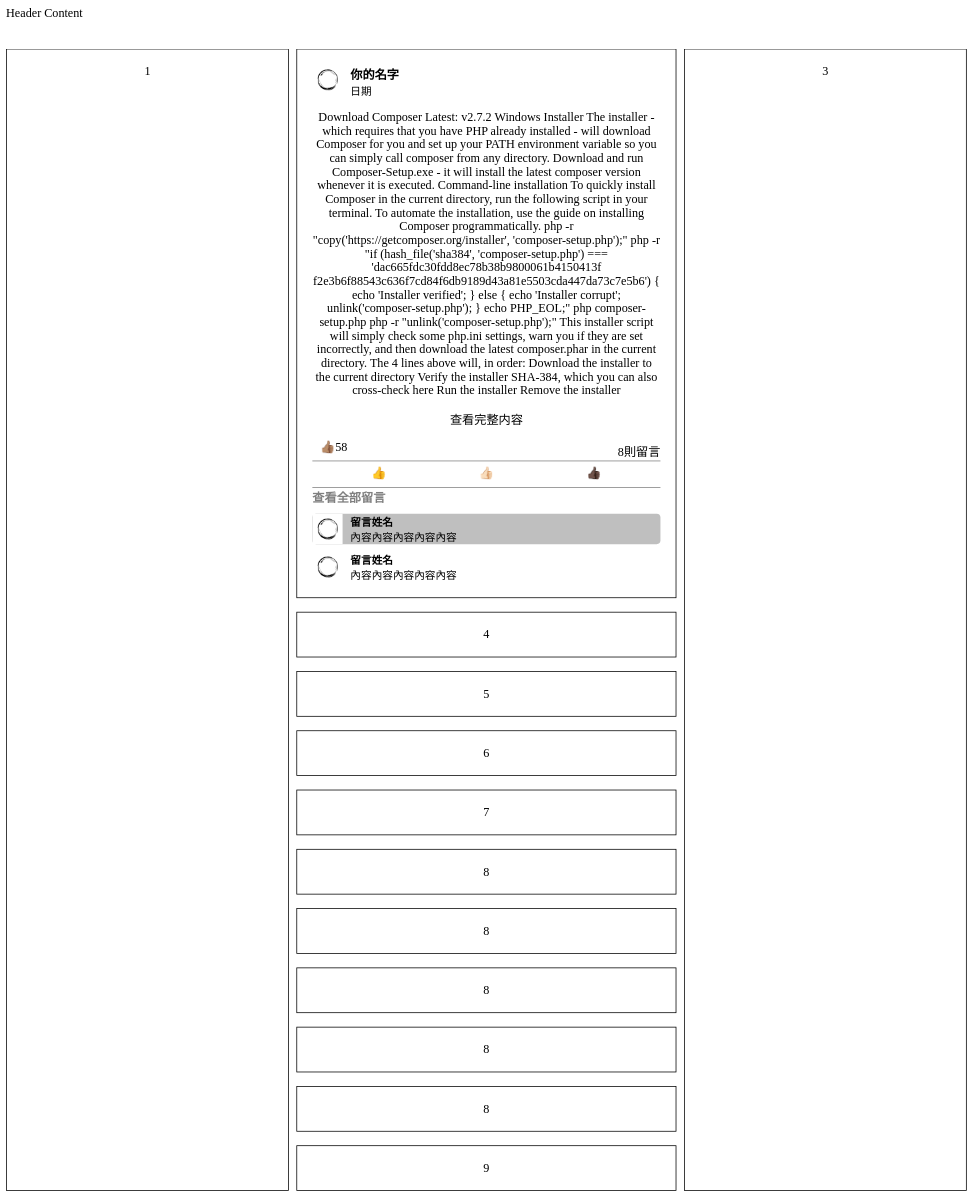
Repository: yuchiyang123/index_view
Page: http://localhost/
The author's editor kept a copy of each file at every save. The page is drawn from the files as they stood at one save, then again after the next save.
The browser window is 1280 px wide. The pictures show the whole page, at 76% of full size.
The page is run by PHP 8.4 with error messages shown; the project is at /var/www/html/.

Above is the page before, as saved 2024-03-27 10:19:41.

### index.php
<style>
   .header {
    position: sticky;
    top: 0;
    z-index: 9996;
    grid-area: header;
    background-color: #ffffff;
    width: 100%;
    height: 56px;

}


.grid-container {

  display: grid;
  grid-template-columns: auto 500px auto;
  grid-template-rows:auto;
  grid-gap: 10px;
  display: grid;
  grid-template-areas:
    "A B C";

}

.grid-item {
  border: 1px solid #000;
  padding: 20px;
  text-align: center;

}
.first{
    grid-area: A;
    min-height: 800px;
}
.end{
    grid-area: C;
}
.mid{
    grid-area: B;
}
.limt{
    min-height: 350px;
}
.inner-grid {
    display: inline-grid;
    width: 30%;
    transition: background-color 0.3s;
    padding-top: 5px;
    padding-bottom: 10px;
    text-align: center;
}
.inner-grid:hover {
    background-color: rgba(128, 128, 128, 0.4);
}
.line{
    border-top: 1px solid gray;
    border-bottom: 1px solid gray;
}
.respond{

    padding-bottom: 8px;
    text-align: left;
    padding-left:10px;
}
.respond > div {
    display: inline-block;
}
.message{
    text-align: right;
}
.respond, .message {
    display: inline-block;
}
.container {
    display: flex;
    justify-content: space-between;
    align-items: center;
}

.popup {
    display: none;
    position: fixed;
    top: 50%;
    left: 50%;
    transform: translate(-50%, -50%);
    width: 500px;
    padding: 20px;
    background-color: #fff;
    z-index: 9998;

}

.trigger a {
    cursor: pointer;
}

.blur-background {
    filter: blur(0px);
}
.box{

}
.imgsize{
    width: 40px;
    height: auto;

}

.image-container {
    float: left;
    margin-right: 10px;
}

.text-container {
    overflow: hidden;
}
.user{

    text-align: left;
    font-weight: bold;

}
.date{
    font-size: 14px;
    text-align: left;
}
a{
    text-decoration: none;
    color: black;
}
.overlay {
    display: none;
    position: fixed;
    top: 0;
    left: 0;
    width: 100%;
    height: 100%;
    background-color: rgba(0, 0, 0, 0.5);
    z-index: 9997;
  }
  .SeeAllMessage{
    text-align: left;
  }
  .SeeAllMessage a{
    text-align: left;
    color: gray;
    font-weight: bold;
  }
  .LeaveMessage{
    margin-top: 10px;

  }

  .LeaveMessageall{
    border-radius: 5px;
    border : 0px solid rgba(128, 128, 128, 0.5);
    background-color:rgba(128, 128, 128, 0.5) ;
  }
  .LeaveMessageUsernameIMG{
    width: 40px;
    height: auto;
    background-color:#ffffff;
  }
  .LeaveMessageimgdiv{
    float: left;
    margin-right: 10px;
  }
  .LeaveMessageUsername{
    text-align: left;
    font-size: 14px;
    font-weight: bold;
  }
  .LeaveMessageMain{
    text-align: left;
    font-size: 14px;
  }
</style>
<html>
<body>
<?php
    include('header.php');
?>
  <div id="box" class="box">
    <div class="grid-container">

      <div class="grid-item"><div class="first">1</div></div>

        <div class="mid">
          <div class="grid-item">
            <div class="limt">
            <div class="image-container">
                <img src="img/2-1.png" class="imgsize">
                        </div>
                <div class="text-container">
                    <div class="user"><a href="#"><div><a href="#">你的名字</a></div></a></div>
                    <div class="date"><div><a href="#">日期</a></div></div>
                </div>
                <div class="clearfix"></div>
                <p class="main">
                Download Composer Latest: v2.7.2
                    Windows Installer
                    The installer - which requires that you have PHP already installed - will download Composer for you and set up your PATH environment variable so you can simply call composer from any directory.

                    Download and run Composer-Setup.exe - it will install the latest composer version whenever it is executed.

                    Command-line installation
                    To quickly install Composer in the current directory, run the following script in your terminal. To automate the installation, use the guide on installing Composer programmatically.

                    php -r "copy('https://getcomposer.org/installer', 'composer-setup.php');"
                    php -r "if (hash_file('sha384', 'composer-setup.php') === 'dac665fdc30fdd8ec78b38b9800061b4150413f
                    f2e3b6f88543c636f7cd84f6db9189d43a81e5503cda447da73c7e5b6') { echo 'Installer verified'; } else { echo 'Installer corrupt'; unlink('composer-setup.php'); } echo PHP_EOL;"
                    php composer-setup.php
                    php -r "unlink('composer-setup.php');"
                    This installer script will simply check some php.ini settings, warn you if they are set incorrectly, and then download the latest composer.phar in the current directory. The 4 lines above will, in order:

                    Download the installer to the current directory
                    Verify the installer SHA-384, which you can also cross-check here
                    Run the installer
                    Remove the installer<div class="trigger"><a href="#">查看完整内容</a></div>
                </p>
                <div class="container">
                    <div class="respond"><a href="#">👍🏽</a><div><a href="#">58</a></div></div>
                    <div class="message"><div><a href="#">8則留言</a></div></div>
                </div>
                <div class="line">
                    <div class="inner-grid">👍</div>
                    <div class="inner-grid">👍🏻</div>
                    <div class="inner-grid">👍🏿</div>
                </div>
                <div class="SeeAllMessage"><a href="#">查看全部留言</a></div>
                <div class="LeaveMessage">
                    <div><a href="#"></a></div>
                    <div>
                        <div class="LeaveMessageimgdiv">
                            <img src="img/2-1.png" class="LeaveMessageUsernameIMG">
                        </div>
                        <div class="LeaveMessageall">
                            <div class="LeaveMessageUsername">
                                留言姓名
                            </div>
                            <div class="LeaveMessageMain">
                                內容內容內容內容內容
                            </div>
                        </div>
                    </div>
                </div>
                <div class="LeaveMessage">
                    <div><a href="#"></a></div>
                    <div><div class="LeaveMessageimgdiv"><img src="img/2-1.png" class="LeaveMessageUsernameIMG"></div><div class="LeaveMessageUsername">留言姓名</div><div class="LeaveMessageMain">內容內容內容內容內容</div></div>
                </div>
            </div>
        </div><br>
          <div class="grid-item">4</div><br>
          <div class="grid-item">5</div><br>
          <div class="grid-item">6</div><br>
          <div class="grid-item">7</div><br>
          <div class="grid-item">8</div><br>
          <div class="grid-item">8</div><br>
          <div class="grid-item">8</div><br>
          <div class="grid-item">8</div><br>
          <div class="grid-item">8</div><br>
          <div class="grid-item">9</div>
          <div class="overlay" id="overlay"></div>
          <div id="popup" class="popup">
        <div class="content">
        <div class="image-container">
            <img src="img/2-1.png" class="imgsize">
        </div>
        <div class="text-container">
            <div class="user"><a href="#"><div><a href="#">你的名字</a></div></a></div>
            <div class="date"><div><a href="#">日期</a></div></div>
        </div>
        <div class="clearfix"></div>
            <p class="main">
                Download Composer Latest: v2.7.2
                    Windows Installer
                    The installer - which requires that you have PHP already installed - will download Composer for you and set up your PATH environment variable so you can simply call composer from any directory.

                    Download and run Composer-Setup.exe - it will install the latest composer version whenever it is executed.

                    Command-line installation
                    To quickly install Composer in the current directory, run the following script in your terminal. To automate the installation, use the guide on installing Composer programmatically.

                    php -r "copy('https://getcomposer.org/installer', 'composer-setup.php');"
                    php -r "if (hash_file('sha384', 'composer-setup.php') === 'dac665fdc30fdd8ec78b38b9800061b4150413f
                    f2e3b6f88543c636f7cd84f6db9189d43a81e5503cda447da73c7e5b6') { echo 'Installer verified'; } else { echo 'Installer corrupt'; unlink('composer-setup.php'); } echo PHP_EOL;"
                    php composer-setup.php
                    php -r "unlink('composer-setup.php');"
                    This installer script will simply check some php.ini settings, warn you if they are set incorrectly, and then download the latest composer.phar in the current directory. The 4 lines above will, in order:

                    Download the installer to the current directory
                    Verify the installer SHA-384, which you can also cross-check here
                    Run the installer
                    Remove the installer
            </p>
        <div class="container">
            <div class="respond"><a href="#">👍🏽</a><div><a href="#">58</a></div></div>
            <div class="message"><div><a href="#">8則留言</a></div></div>
        </div>
            <div class="line">
            <div class="inner-grid">👍</div>
            <div class="inner-grid">👍🏻</div>
            <div class="inner-grid">👍🏿</div>
        </div>
        </div>
            <!--div class="close"><a href="#">关闭</a></div-->
        </div>
        </div>

            <div class="grid-item"><div class="end">3</div></div>
        </div>
    </div>
  </div>
  <script>
    var overlay = document.getElementById('overlay');
    var trigger = document.querySelector('.trigger a');
    var popup = document.getElementById('popup');
    var header = document.querySelector('.header');
    trigger.addEventListener('click', function(event) {
        event.preventDefault();
        popup.style.display = 'block';
        header.style.backgroundColor = 'rgba(0, 0, 0, 0.000001)';
        overlay.style.display = 'block';
        popup.style.border = '1px solid gray';
        popup.style.boxShadow = '0px 0px 15px rgba(0, 0, 0, 0.7)';
        /*
        document.body.classList.add('blur-background');
        popup.style.filter = 'none';// 移除 body 元素的模糊效果*/
    });
    var closeBtn = document.querySelector('.close a');
    /*
    closeBtn.addEventListener('click', function(event) {
        event.preventDefault();
        popup.style.display = 'none';
        popup.style.boxShadow = 'none';
    });
    */
    overlay.addEventListener('click', function(event) {
        event.preventDefault();
        event.stopPropagation();
        popup.style.display = 'none';
        overlay.style.display = 'none' ;
        popup.style.boxShadow = 'none';
        header.style.backgroundColor = '#ffffff';
    });
  </script>
</body>
</html>

### header.php
<style>
   .header {
    position: sticky; /* 将标题栏固定在容器内 */
    top: 0; /* 将标题栏固定在容器的顶部 */
    z-index: 9999; /* 确保标题栏位于其他内容的上层 */
    /* 其他样式，例如背景颜色、文本样式等 */
    grid-area: header;
    background-color: #ffffff;
    width: 100%; /* 设置标题栏的宽度为100%，使其填满整个屏幕 */
    height: 56px;

}
</style>
<header class="header">Header Content</header>

After the next save:
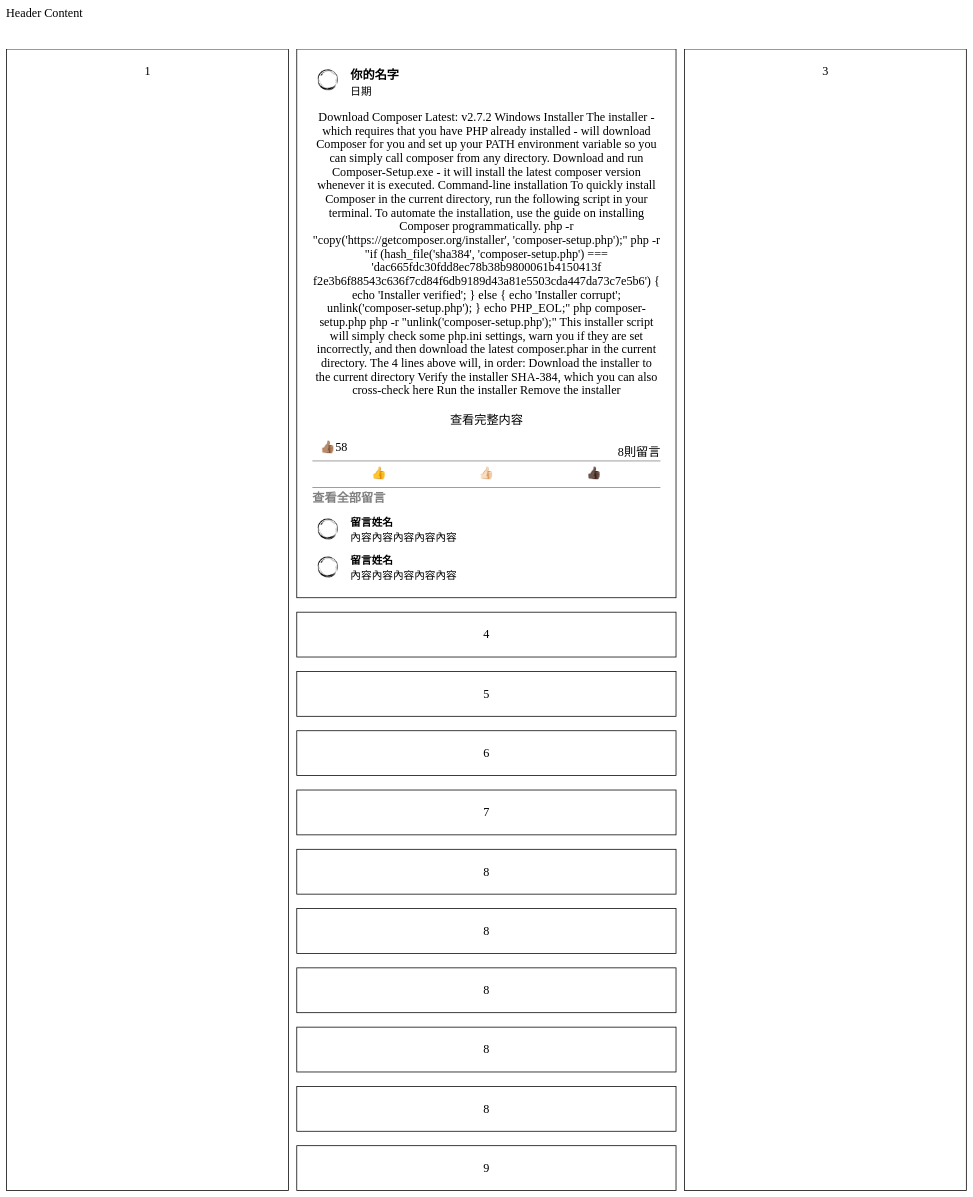
Saved 9 s later.
--- a/index.php
+++ b/index.php
@@ -154,8 +154,6 @@ a{
 
   .LeaveMessageall{
     border-radius: 5px;
-    border : 0px solid rgba(128, 128, 128, 0.5);
-    background-color:rgba(128, 128, 128, 0.5) ;
   }
   .LeaveMessageUsernameIMG{
     width: 40px;
